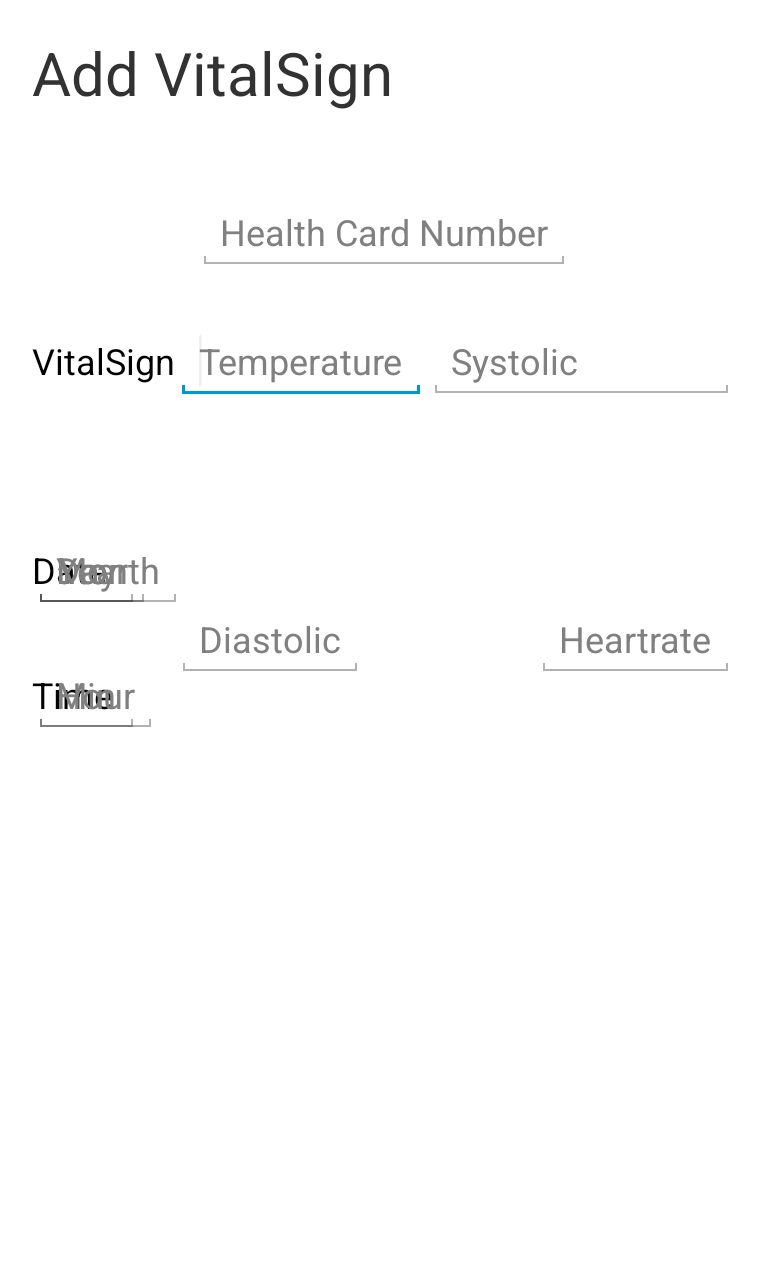
Repository: wangyuan0915/ER
Layout: workspace2/phase3/res/layout/activity_add_vital_sign.xml
The author's editor kept a copy of each file at every save. The layout is drawn from the files as they stood at one save, then again after the next save.
It is drawn on a 768 x 1280 px phone screen (xhdpi) without system bars, with theme AppTheme; the app's code is not run.

Above is the layout before, as saved 2013-11-24 06:26:19.

After the next save:
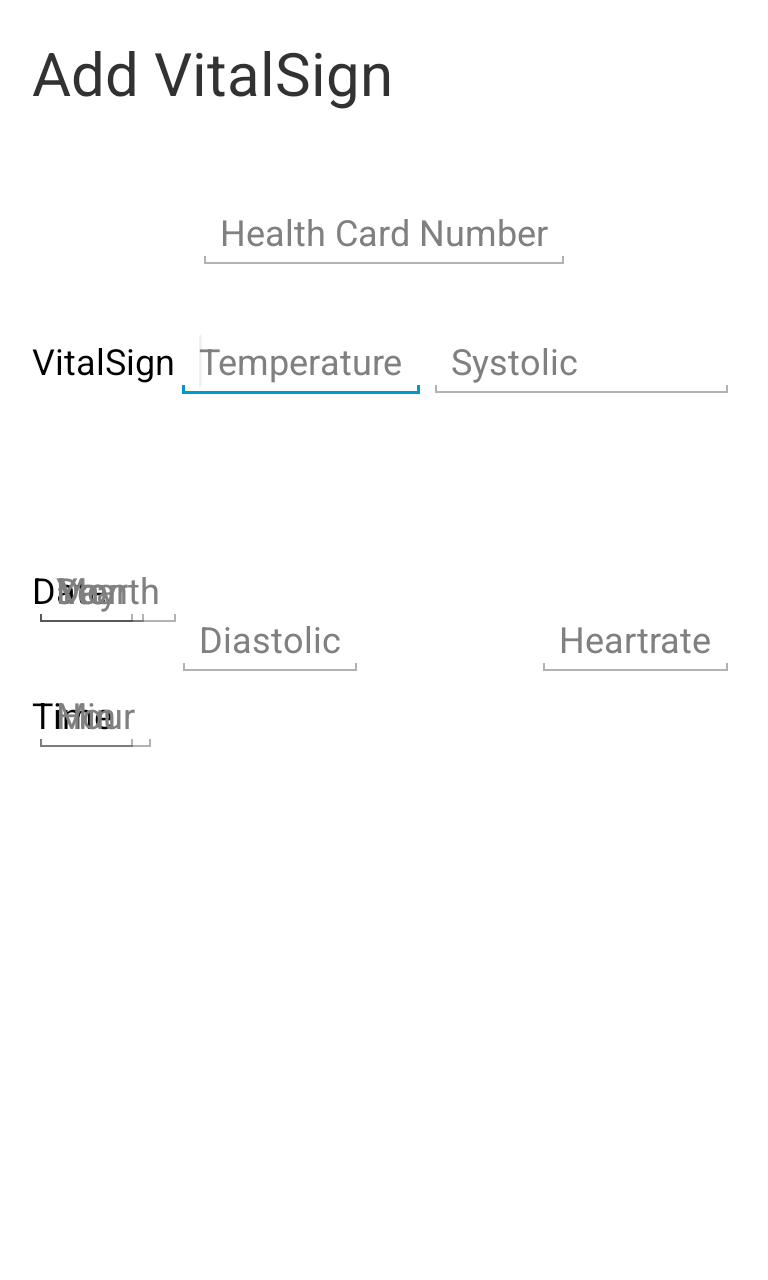
Saved 9 s later.
--- a/workspace2/phase3/res/layout/activity_add_vital_sign.xml
+++ b/workspace2/phase3/res/layout/activity_add_vital_sign.xml
@@ -86,7 +86,7 @@
         android:layout_height="wrap_content"
         android:layout_alignLeft="@+id/VitalSign"
         android:layout_below="@+id/VitalSign"
-        android:layout_marginTop="80dp"
+        android:layout_marginTop="90dp"
         android:text="@string/Date"
         android:textAppearance="?android:attr/textAppearanceMedium" />
 
